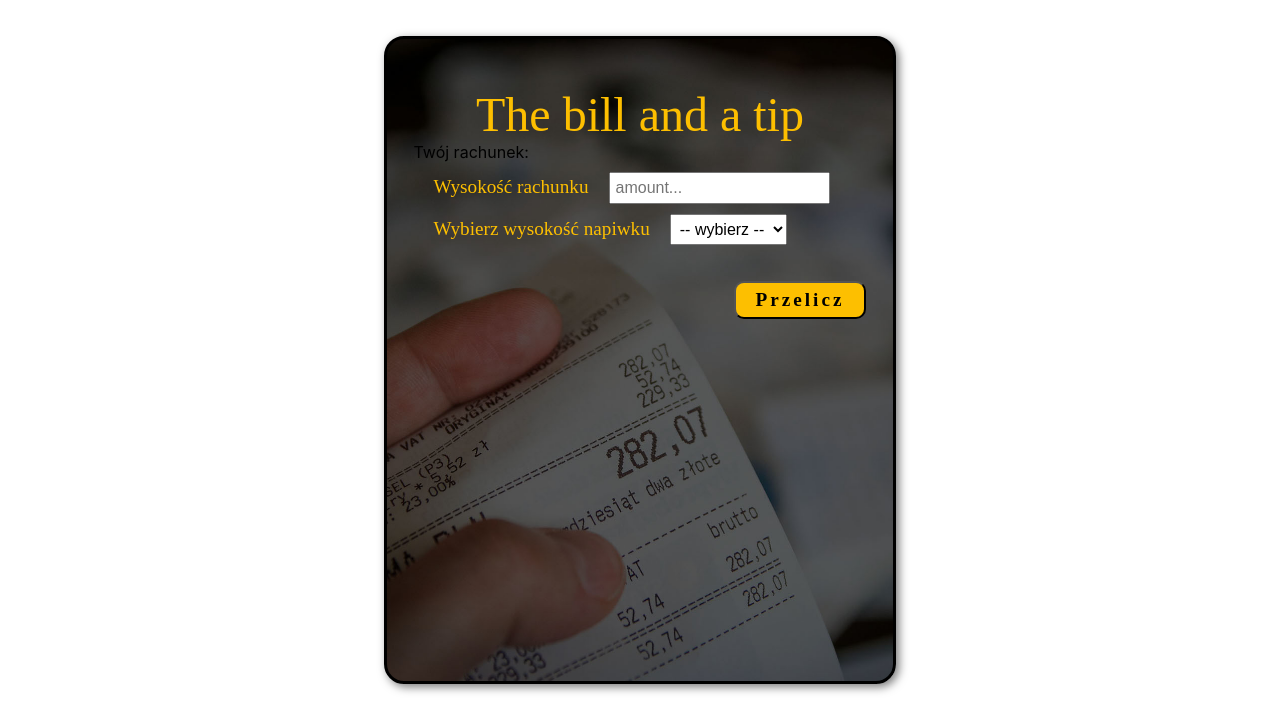
Repository: KrzysKolo/sr_tydzien4_zad1
Page: /
These files come from the project's save history. The page is drawn as it stood at one moment and after the next save; the edit follows.
The browser window is 1280 px wide. The pictures show the whole page.
Some web fonts or font styles are not loaded; a fallback is used. The project was rebuilt for these pictures with package versions that can differ from the ones it lists, and the page was loaded fresh each time.

Above is the page before, as saved 2020-11-06 10:56:21.

### public/index.html
<!DOCTYPE html>
<html lang="en">
  <head>
    <meta charset="utf-8" />
    <link rel="icon" href="%PUBLIC_URL%/favicon.ico" />
    <meta name="viewport" content="width=device-width, initial-scale=1" />
    <meta name="theme-color" content="#000000" />
    <meta
      name="description"
      content="Web site created using create-react-app"
    />
    <link rel="apple-touch-icon" href="%PUBLIC_URL%/logo192.png" />
    <!--
      manifest.json provides metadata used when your web app is installed on a
      user's mobile device or desktop. See https://developers.google.com/web/fundamentals/web-app-manifest/
    -->
    <link rel="manifest" href="%PUBLIC_URL%/manifest.json" />
    <!--
      Notice the use of %PUBLIC_URL% in the tags above.
      It will be replaced with the URL of the `public` folder during the build.
      Only files inside the `public` folder can be referenced from the HTML.

      Unlike "/favicon.ico" or "favicon.ico", "%PUBLIC_URL%/favicon.ico" will
      work correctly both with client-side routing and a non-root public URL.
      Learn how to configure a non-root public URL by running `npm run build`.
    -->
    <link href="https://fonts.googleapis.com/css2?family=Calligraffitti&family=Shadows+Into+Light+Two&family=Skranji&display=swap" rel="stylesheet">
    <title>Bill and tip</title>
  </head>
  <body>
    <noscript>You need to enable JavaScript to run this app.</noscript>
    <div id="root"></div>
    <!--
      This HTML file is a template.
      If you open it directly in the browser, you will see an empty page.

      You can add webfonts, meta tags, or analytics to this file.
      The build step will place the bundled scripts into the <body> tag.

      To begin the development, run `npm start` or `yarn start`.
      To create a production bundle, use `npm run build` or `yarn build`.
    -->
  </body>
</html>

### src/App.js
import './App.css';
import BillCard from './components/BillCard';
const App = () => {
  return (
    <div>
      <BillCard/>
    </div>
   );
}

export default App;

### src/components/BillCard.js
import React, { Component } from 'react';
import HeaderCard from './HeaderCard';
import SectionCard from './SectionCard';
import './BillCard.css';
class BillCard extends Component {
    state = {  }
    render() {
        return (
            <div className="billCard__wrapper">
                <HeaderCard/>
                <SectionCard />
            </div>
         );
    }
}

export default BillCard;

### src/components/HeaderCard.js
import React from 'react';
const HeaderCard = () => {
    return (
        <div className="billCard__header">
            The bill and a tip
        </div>
     );
}

export default HeaderCard;

### src/components/SectionCard.js
import React, { Component } from 'react';
class SectionCard extends Component {
    state = {  }
    render() {
        return (
            <section>
                <p>Twój rachunek: </p>
                <form>
                    <label className="label__BillCard" for="form__input-amount">Wysokość rachunku</label>
                    <input className="form__items" type="text" id="form__input-amount" name="amount" placeholder="amount..." /><br/>
                    <label className="label__BillCard" for="form__select">Wybierz wysokość napiwku</label>
                    <select className="form__items" name="tip" id="cars">
                        <option value="">-- wybierz --</option>
                        <option value="5">5%</option>
                        <option value="10">10%</option>
                        <option value="15">15%</option>
                        <option value="20">20%</option>
                    </select> <br />
                    <button className="btn__BillCard" type="submit">Przelicz</button>
                </form>
            </section>
         );
    }
}

export default SectionCard;

### src/components/BillCard.css
.billCard__wrapper {
  width: 40vw;
  height: 90vh;
  background: url("./../image/bill.jpg");
  background-size: cover;
  border: 3px solid black;
  border-radius: 20px;
  box-shadow: 3px 3px 10px #7a7a7a;
  display: flex;
  flex-direction: column;
  align-items: center;
  margin: 5vh auto;
}
.billCard__header {
  font-family: "Skranji", cursive;
  font-size: 3rem;
  color: rgb(253, 191, 0);
  margin-top: 3rem;
}
.label__BillCard {
  font-family: "Shadows Into Light Two", cursive;
  font-size: 1.2rem;
  color: rgb(253, 191, 0);
  padding: 20px;
}
.form__items {
  font-size: 1rem;
  padding: 5px;
  margin-top: 10px;
}
.btn__BillCard {
  font-family: "Shadows Into Light Two", cursive;
  font-size: 1.2rem;
  background-color: rgb(253, 191, 0);
  border-radius: 10px;
  cursor: pointer;
  margin: 5vh auto 2vh 25vw;
  padding: 6px 20px;
  transition: all ease-in-out 0.3s;
  letter-spacing: 3px;
  font-weight: bold;
}
.btn__BillCard:hover {
  background-color: rgba(253, 191, 0, 0.07);
  color: rgb(253, 191, 0);
}

Loaded but not shown: src/index.js (common file); src/index.css (common file); src/App.css (common file)

After the next save:
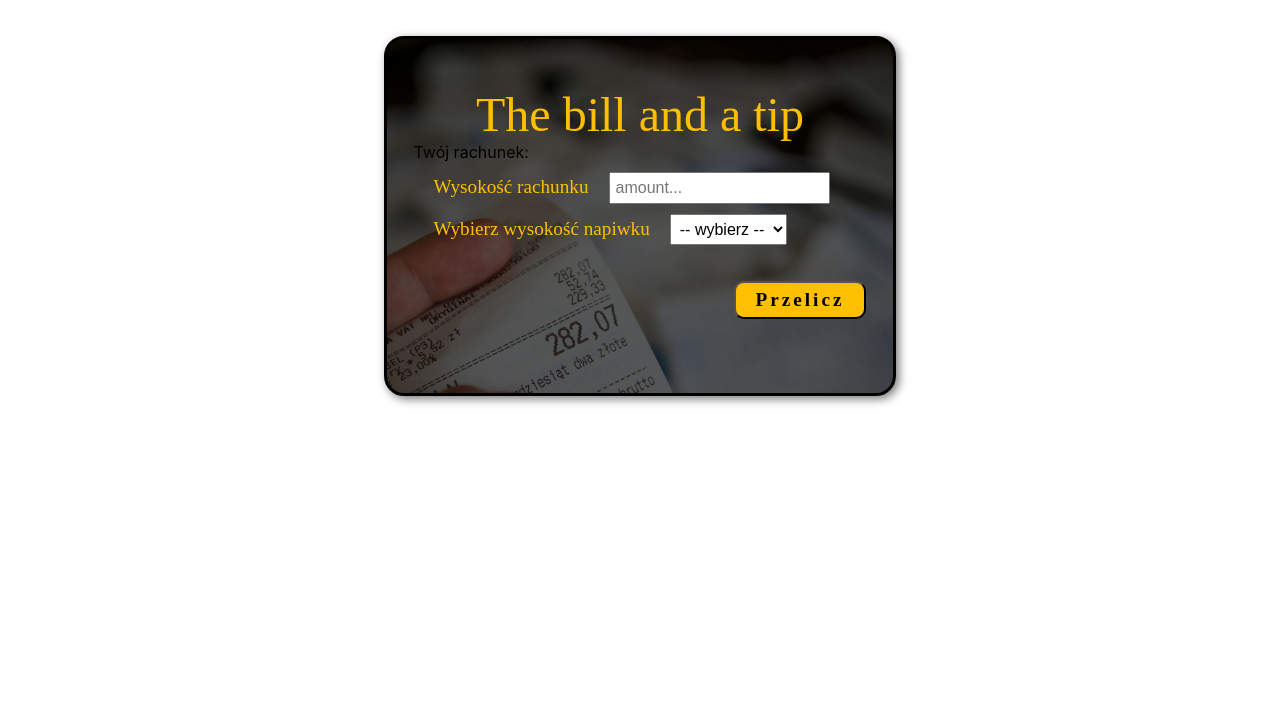
Saved 51 s later.
--- a/src/components/BillCard.css
+++ b/src/components/BillCard.css
@@ -1,6 +1,6 @@
 .billCard__wrapper {
   width: 40vw;
-  height: 90vh;
+  height: 50vh;
   background: url("./../image/bill.jpg");
   background-size: cover;
   border: 3px solid black;
